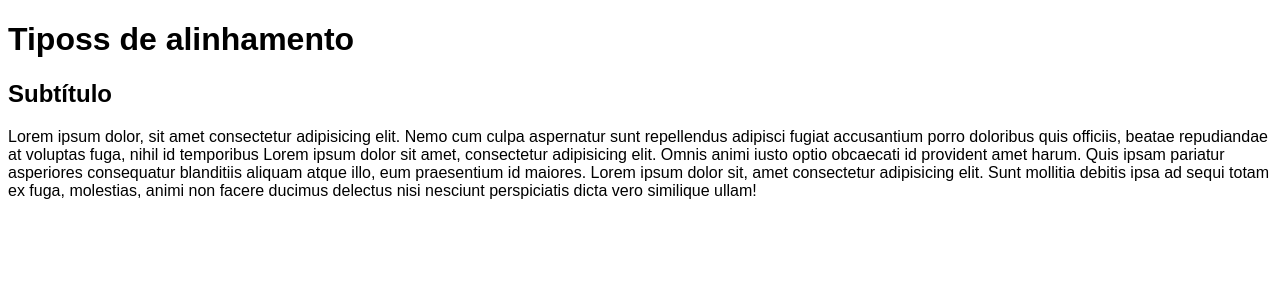
Repository: Codigo404q/html-css
Page: exercicios/ex017/fonte02.html
These files come from the project's save history. The page is drawn as it stood at one moment and after a run of saves; the edit follows.
The browser window is 1280 px wide. The pictures show the whole page.

Above is the page before, as saved 2023-11-04 21:19:51.

After the next 6 saves:
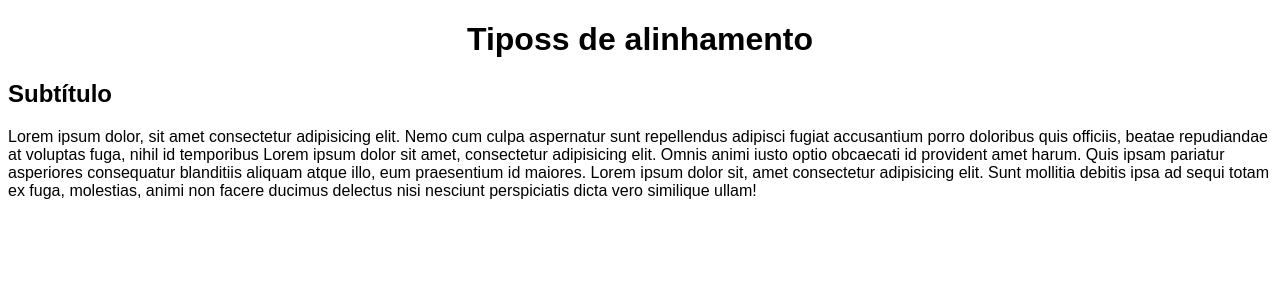
The 6 saves are shown as one change because they came seconds apart.
The last was saved 13 s later.
--- a/exercicios/ex017/fonte02.html
+++ b/exercicios/ex017/fonte02.html
@@ -9,7 +9,9 @@
             font: normal 16px Arial, Verdana, serif;
             text-align: left;
         }
-        h1
+        h1{
+            text-align: center;
+        }
     </style>
 </head>
 <body>
